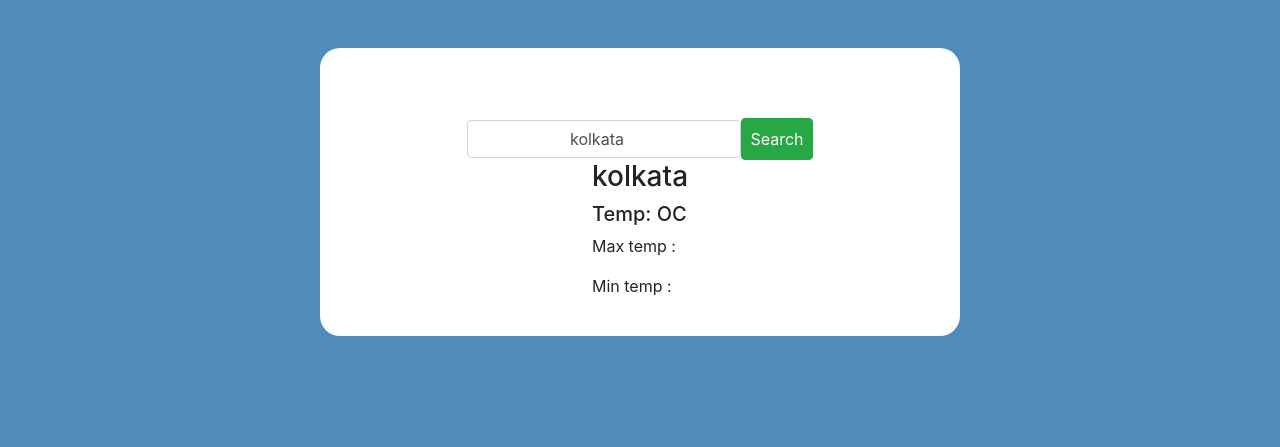
Repository: subhaDTECH/weather-app
Page: /
The author's editor kept a copy of each file at every save. The page is drawn from the files as they stood at one save, then again after the next save.
The browser window is 1280 px wide. The pictures show the whole page.
The page's requests for data from a server got no answer. The project was rebuilt for these pictures with package versions that can differ from the ones it lists, and the page was loaded fresh each time. No one was signed in, and anything a server would have sent is missing.

Above is the page before, as saved 2021-11-19 16:15:57.

After the next save:
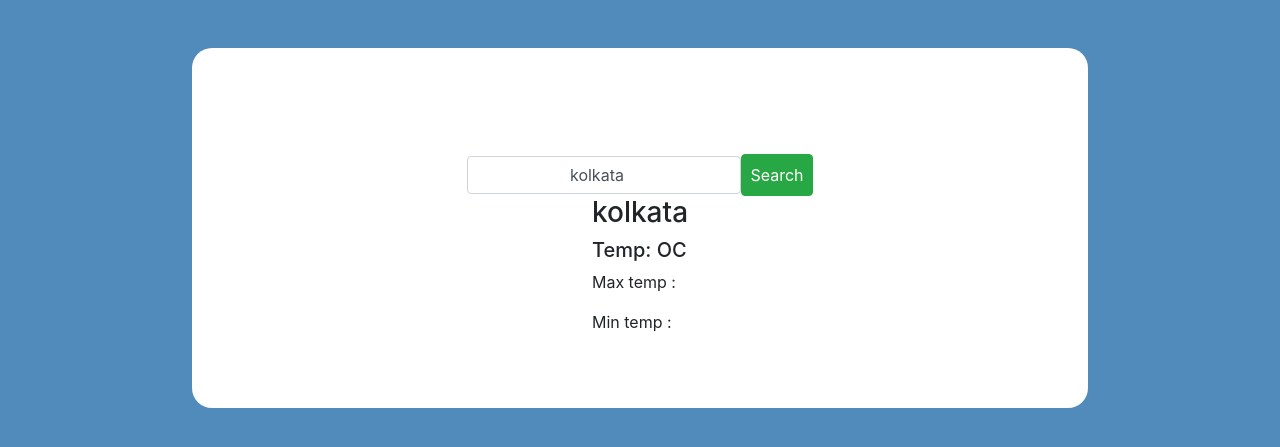
Saved 74 s later.
--- a/src/index.css
+++ b/src/index.css
@@ -12,8 +12,8 @@ body{
   background-color: rgb(80, 139, 187);
 }
 .weather-app{
- width :50vw;
- height:40vh;
+ width :70vw;
+ height:50vh;
   background-color:#fff;
   border-radius: 20px;
 }
